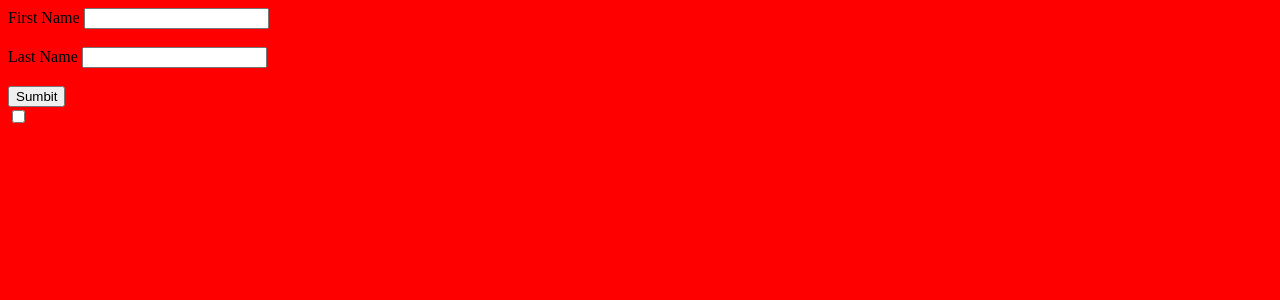
Repository: Fariaddd/codefactor-stylesheet
Page: index.html
The author's editor kept a copy of each file at every save. The page is drawn from the files as they stood at one save, then again after the next save.
The browser window is 1280 px wide. The pictures show the whole page.

Above is the page before, as saved 2021-11-17 19:04:13.

### index.html
<!DOCTYPE html>
<html lang="en">
  <head>
    <meta charset="UTF-8" />
    <meta http-equiv="X-UA-Compatible" content="IE=edge" />
    <meta name="viewport" content="width=device-width, initial-scale=1.0" />
    <title>Document</title>
    <link rel="stylesheet" href="./styles/styles.css" />
  </head>
  <body>
    <form action="/action_page.php">
      <label for="firstname">First Name</label>
      <input type="text" id="firstname" name="firstname" /><br /><br />
      <label for="lastname">Last Name</label>
      <input type="text" id="lastname" name="lastname" /><br /><br />
      <input type="submit" value="Sumbit" />
    </form>

    <div>
      <input type="checkbox" id="firsname" />
    </div>
  </body>
</html>

### styles/styles.css
body {
  background-color: red;
}
h1 {
  font-size: 26px;
  color: purple;
}

p {
  font-size: 16px;
  color: royalblue;
}

After the next save:
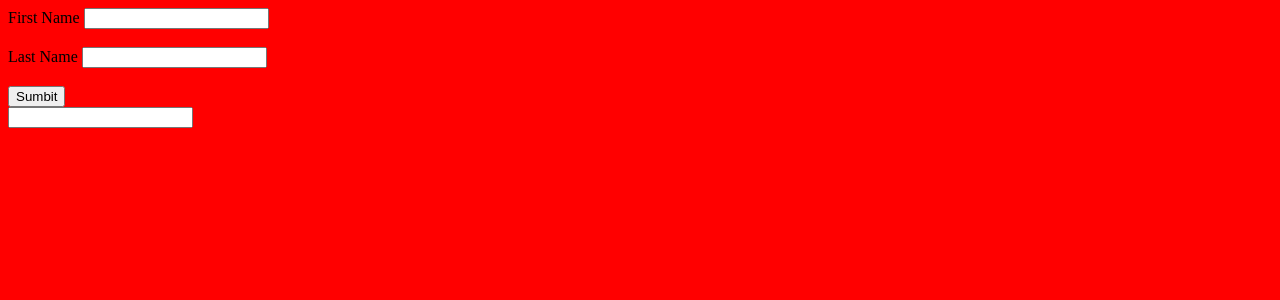
Saved 17 s later.
--- a/index.html
+++ b/index.html
@@ -17,7 +17,7 @@
     </form>
 
     <div>
-      <input type="checkbox" id="firsname" />
+      <input type="search" />
     </div>
   </body>
 </html>
